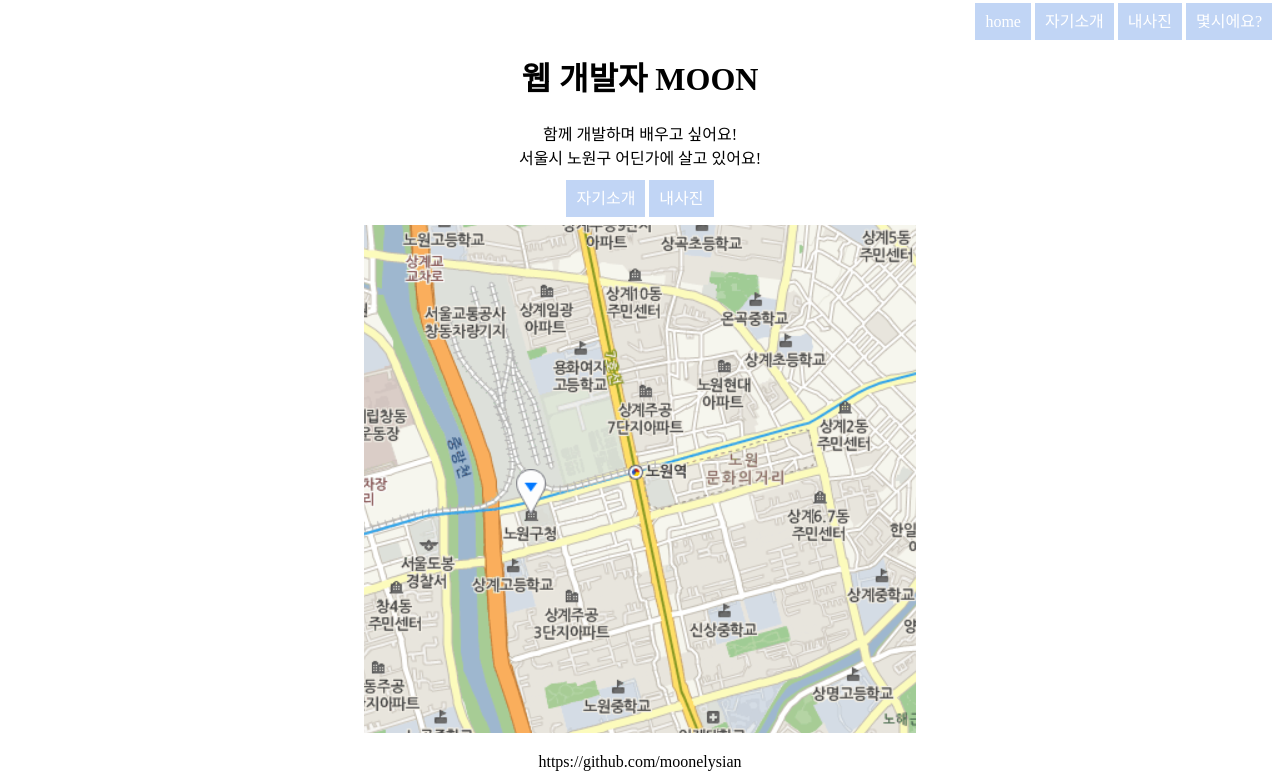
Repository: moonelysian/edwith-
Page: BE_PJT1-1/WebContent/index.html
These files come from the project's save history. The page is drawn as it stood at one moment and after the next save; the edit follows.
The browser window is 1280 px wide. The pictures show the whole page.

Above is the page before, as saved 2019-08-07 05:30:44.

After the next save:
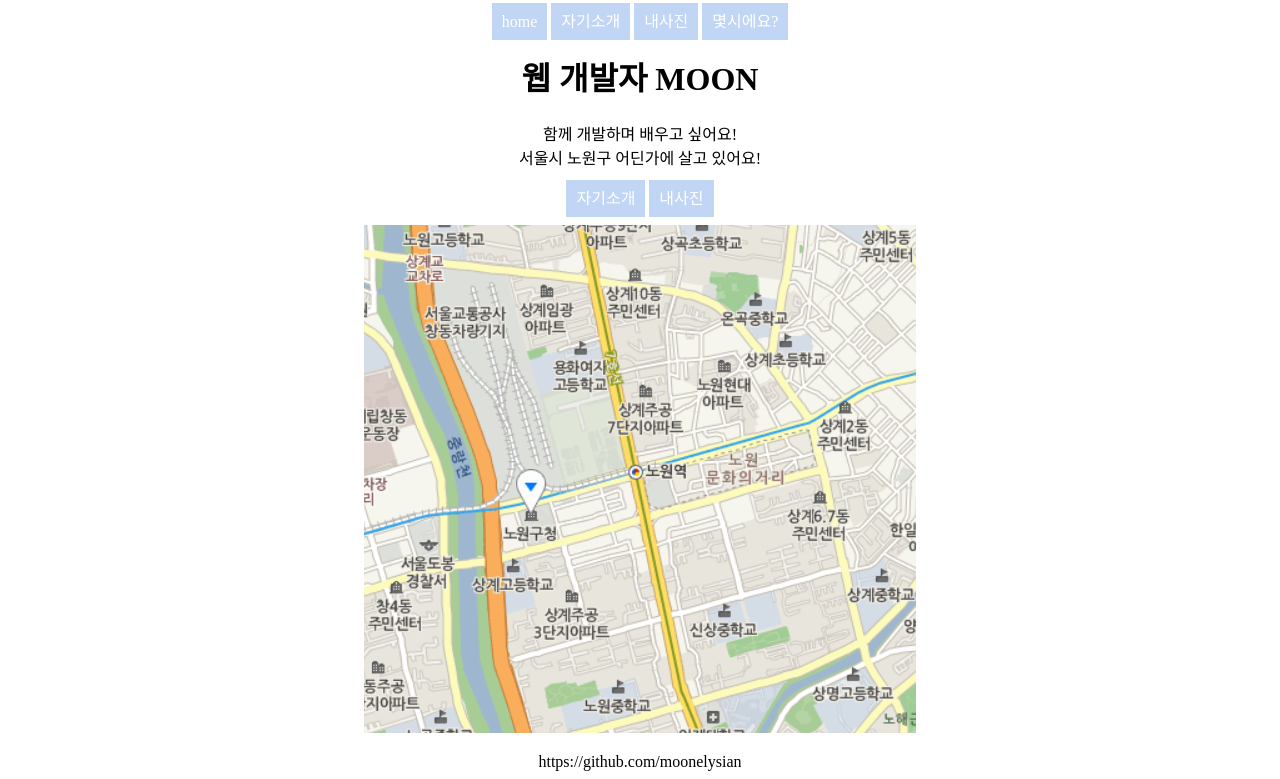
Saved 18 s later.
--- a/BE_PJT1-1/WebContent/style.css
+++ b/BE_PJT1-1/WebContent/style.css
@@ -2,8 +2,6 @@
 body{
 	display: grid;
 	text-align: center;}
-
-nav { text-align: right; }
 
 a {
 	background-color: rgba(50, 115, 220, 0.3);
